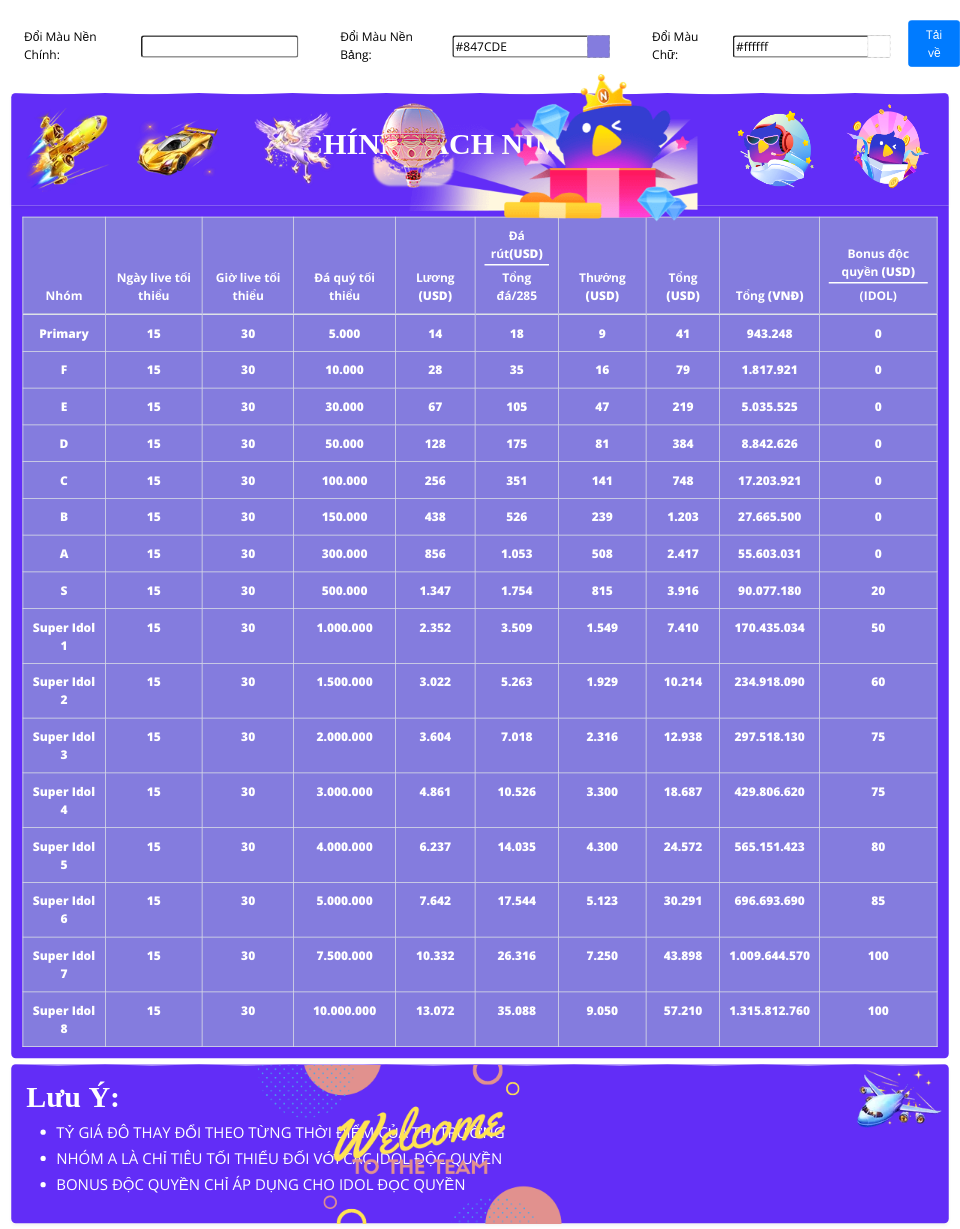
Repository: dav1601/nimo-work
Page: index.html
An editor plug-in stored every save of this project. The page is shown before and after the next save, followed by the edit.
The browser window is 1280 px wide. The pictures show the whole page, at 75% of full size.

Above is the page before, as saved 2022-04-15 14:57:56.

### index.html
<!DOCTYPE html>
<html lang="en">

<head>
    <meta charset="UTF-8">
    <meta http-equiv="X-UA-Compatible" content="IE=edge">
    <meta name="viewport" content="width=device-width, initial-scale=1.0">
    <link rel="stylesheet" href="https://cdn.jsdelivr.net/npm/bootstrap@4.6.1/dist/css/bootstrap.min.css"
        integrity="sha384-zCbKRCUGaJDkqS1kPbPd7TveP5iyJE0EjAuZQTgFLD2ylzuqKfdKlfG/eSrtxUkn" crossorigin="anonymous">
    <link rel="stylesheet" href="./Coloris-main/dist/coloris.min.css">
    <script src="https://cdn.jsdelivr.net/npm/jquery@3.5.1/dist/jquery.slim.min.js"
        integrity="sha384-DfXdz2htPH0lsSSs5nCTpuj/zy4C+OGpamoFVy38MVBnE+IbbVYUew+OrCXaRkfj"
        crossorigin="anonymous"></script>
    <script src="https://cdn.jsdelivr.net/npm/popper.js@1.16.1/dist/umd/popper.min.js"
        integrity="sha384-9/reFTGAW83EW2RDu2S0VKaIzap3H66lZH81PoYlFhbGU+6BZp6G7niu735Sk7lN"
        crossorigin="anonymous"></script>
    <script src="https://cdn.jsdelivr.net/npm/bootstrap@4.6.1/dist/js/bootstrap.min.js"
        integrity="sha384-VHvPCCyXqtD5DqJeNxl2dtTyhF78xXNXdkwX1CZeRusQfRKp+tA7hAShOK/B/fQ2"
        crossorigin="anonymous"></script>
    <script src="https://cdnjs.cloudflare.com/ajax/libs/jquery/3.6.0/jquery.min.js"
        integrity="sha512-894YE6QWD5I59HgZOGReFYm4dnWc1Qt5NtvYSaNcOP+u1T9qYdvdihz0PPSiiqn/+/3e7Jo4EaG7TubfWGUrMQ=="
        crossorigin="anonymous" referrerpolicy="no-referrer"></script>
    <script src="https://cdnjs.cloudflare.com/ajax/libs/html2canvas/1.4.1/html2canvas.min.js"
        integrity="sha512-BNaRQnYJYiPSqHHDb58B0yaPfCu+Wgds8Gp/gU33kqBtgNS4tSPHuGibyoeqMV/TJlSKda6FXzoEyYGjTe+vXA=="
        crossorigin="anonymous" referrerpolicy="no-referrer"></script>
    <script src="./Coloris-main/dist/coloris.min.js"></script>


    <title>Chính sách Nimo</title>
</head>

<body>
    <script>
        $(function () {
            $("#1").val("#622DF7");
            $("#2").val("#847CDE");
            $("#3").val("#ffffff");
        $(document).on('click' , "#clr-picker" , function(){
            alert("ok");
        });
            Coloris({
                el: '.coloris',
                format: 'hex',
                theme: 'large',
                themeMode: 'dark'
            });
            const main = document.documentElement.style.setProperty('--bg-main', '#622DF7');
            const table = document.documentElement.style.setProperty('--bg-table', '#847CDE');
            const text = document.documentElement.style.setProperty('--text-color', '#ffffff');
            $("#down").click(function () {
                html2canvas(document.getElementById("export")).then(function (canvas) {
                    var anchorTag = document.createElement("a");
                    document.body.appendChild(anchorTag);
                    anchorTag.download = "nimo-thuy-do.png";
                    anchorTag.href = canvas.toDataURL();
                    anchorTag.target = '_blank';
                    anchorTag.click();
                });
            });
        });
    </script>
    <style>
        @import url('https://fonts.googleapis.com/css2?family=Open+Sans:ital,wght@0,300;0,400;0,500;0,600;0,700;0,800;1,300;1,400;1,500;1,600;1,700;1,800&display=swap');
        @import url('https://fonts.googleapis.com/css2?family=Montserrat:ital,wght@0,100;0,200;0,300;0,400;0,500;0,600;0,700;0,800;0,900;1,100;1,200;1,300;1,400;1,500;1,600;1,700;1,800&display=swap');
        @import url('https://fonts.googleapis.com/css2?family=Pacifico&display=swap');

        :root {
            --bg-main: #622DF7;
            --bg-table: #847CDE;
            --text-color: #ffffff;
        }

        body {
            color: var(--text-color);
            font-family: 'Open Sans', sans-serif;

        }



        h1 {
            font-family: 'Monument', cursive;
            font-weight: 900;
        }

        header {
            height: auto;
            /* overflow: hidden; */
            padding: 20px;
            background: var(--bg-main);
            height: 150px;
            box-shadow: 0 3px 5px rgba(0, 0, 0, 0.05);
            border-top-left-radius: 6px;
            border-top-right-radius: 6px;
            position: relative;
        }

        footer {
            height: auto;
            padding: 20px;
            background: var(--bg-main);
            box-shadow: 0 3px 5px rgba(0, 0, 0, 0.05);
            border-radius: 6px;
            position: relative;
        }

        .img-1 {
            top: 20px;
        }

        .img-2 {
            right: 25px;
            top: 15px;
        }

        .img-3 {
            left: 165px;
            top: 20px;
        }

        .img-4 {
            right: 174px;
            top: 20px;
        }

        .img-5 {
            left: 320px;
            top: 15px;
        }

        .img-6 {
            left: 480px;
            top: 14px;
        }

        .img-7 {
            right: 335px;
            top: -25px;
        }

        .nimo-9 {
            right: 10px;
            top: -15px;
        }

        .nimo-10 {
            right: 60px;
            top: 1px;
        }

        .table {
            color: var(--text-color);
            background: var(--bg-table);
            font-family: 'Open Sans', sans-serif;
            text-align: center;
            font-size: 16px;
            font-weight: 900;
        }

        li {
            font-size: 20px;
            text-transform: uppercase;
            margin-bottom: 5px;
        }

        header:before,
        header:after,
        footer:before,
        footer:after {
            content: "";
            height: 2px;
            position: absolute;
            left: 0;
            right: 0;
            clip-path: polygon(0% 0%, 5% 100%, 10% 0%, 15% 100%, 20% 0%, 25% 100%, 30% 0%, 35% 100%, 40% 0%, 45% 100%, 50% 0%, 55% 100%, 60% 0%, 65% 100%, 70% 0%, 75% 100%, 80% 0%, 85% 100%, 90% 0%, 95% 100%, 100% 0%);
            ;
        }

        header:before,
        footer:before {
            background-color: var(--text-color);
            top: 0;
        }

        /* header:after,
        footer::after {
            background-color: #622DF7;
            bottom: -1px;
        } */
        label {
            color: black;
        }

        input {
            border-radius: 4px;
            outline: none;
            border-color: none;
        }

        #table {
            padding: 15px;
            background: var(--bg-main);
            border-bottom-left-radius: 6px;
            border-bottom-right-radius: 6px;
        }
    </style>
    <div id="wrapper">
        <div class="d-flex justify-content-center align-items-center my-2">
            <div class="form-group mx-4 mt-4 d-flex align-items-center justify-content-center ">
                <label for="1" class="mx-2 d-block mt-1">Đổi Màu Nền Chính:</label>
                <input type="text" class="coloris-1" id="color-1"  value="" />
            </div>
            <div class="form-group mx-4 mt-4 d-flex align-items-center justify-content-center ">
                <label for="2" class="mx-2 d-block mt-1">Đổi Màu Nền Bảng:</label>
                <input type="text" id="2" class="coloris" value="" />
            </div>
            <div class="form-group mx-4 mt-4 d-flex align-items-center justify-content-center ">
                <label for="3" class="mx-2 d-block mt-1">Đổi Màu Chữ:</label>
                <input type="text" id="3" class="coloris" value="" />
            </div>
            <button type="button" class="btn btn-primary" id="down">Tải về</button>
        </div>
        <div class="container-fluid py-2" id="export">
            <header>
                <div class="img-2 position-absolute">
                    <img src="img/img-5.png" alt="" width="112" height="112">
                </div>
                <div class="img-1 position-absolute">
                    <img src="img/img-1.webp" alt="">
                </div>
                <div class="img-5 position-absolute">
                    <img src="img/img-3.webp" alt="">
                </div>
                <div class="img-6 position-absolute">
                    <img src="img/img-7.png" alt="">
                </div>
                <div class="img-3 position-absolute">
                    <img src="img/img-2.webp" alt="" width="112" height="112">
                </div>
                <div class="img-4 position-absolute">
                    <img src="img/img-4.png" alt="" width="112" height="112">
                </div>
                <div class="img-7 position-absolute">
                    <img src="img/img-6.png" alt="">
                </div>
                <div class="d-flex justify-content-center align-items-center">
                    <h1 class="text-center text-uppercase  mt-4 d-inline-block" style="margin-right: 6rem!important;">
                        Chính sách Nimo</h1>
                </div>
            </header>
            <div id="table">
                <table class="table table-bordered mb-0">
                    <thead>
                        <tr>
                            <th scope="col">Nhóm</th>
                            <th scope="col">Ngày live tối thiểu</th>
                            <th scope="col">Giờ live tối thiểu</th>
                            <th scope="col">Đá quý tối thiểu</th>
                            <th scope="col">Lương <strong>(USD)</strong></th>
                            <th scope="col" class=""><span class="d-block mb-1"
                                    style="border-bottom: 2px solid var(--text-color); padding-bottom: 2px ;">Đá
                                    rút<strong>(USD)</strong></span><span>Tổng đá/285</span>
                            </th>
                            <th scope="col">Thưởng <strong>(USD)</strong></th>
                            <th scope="col">Tổng <strong>(USD)</strong></th>
                            <th scope="col">Tổng <strong>(VNĐ)</strong></th>
                            <th scope="col" class=""><span class="d-block mb-1"
                                    style="border-bottom: 2px solid var(--text-color); padding-bottom: 2px ;">Bonus độc
                                    quyền <strong>(USD)</strong></span><span>(IDOL)</span></th>
                        </tr>
                    </thead>
                    <tbody>
                        <tr>
                            <td>Primary</td>
                            <td>15</td>
                            <td>30</td>
                            <td>5.000</td>
                            <td>14</td>
                            <td>18</td>
                            <td>9</td>
                            <td>41</td>
                            <td>943.248</td>
                            <td>0</td>
                        </tr>
                        <tr>
                            <td>F</td>
                            <td>15</td>
                            <td>30</td>
                            <td>10.000</td>
                            <td>28</td>
                            <td>35</td>
                            <td>16</td>
                            <td>79</td>
                            <td>1.817.921</td>
                            <td>0</td>
                        </tr>
                        <tr>
                            <td>E</td>
                            <td>15</td>
                            <td>30</td>
                            <td>30.000</td>
                            <td>67</td>
                            <td>105</td>
                            <td>47</td>
                            <td>219</td>
                            <td>5.035.525</td>
                            <td>0</td>
                        </tr>
                        <tr>
                            <td>D</td>
                            <td>15</td>
                            <td>30</td>
                            <td>50.000</td>
                            <td>128</td>
                            <td>175</td>
                            <td>81</td>
                            <td>384</td>
                            <td>8.842.626</td>
                            <td>0</td>
                        </tr>
                        <tr>
                            <td>C</td>
                            <td>15</td>
                            <td>30</td>
                            <td>100.000</td>
                            <td>256</td>
                            <td>351</td>
                            <td>141</td>
                            <td>748</td>
                            <td>17.203.921</td>
                            <td>0</td>
                        </tr>
                        <tr>
                            <td>B</td>
                            <td>15</td>
                            <td>30</td>
                            <td>150.000</td>
                            <td>438</td>
                            <td>526</td>
                            <td>239</td>
                            <td>1.203</td>
                            <td>27.665.500</td>
                            <td>0</td>
                        </tr>
                        <tr>
                            <td>A</td>
                            <td>15</td>
                            <td>30</td>
                            <td>300.000</td>
                            <td>856</td>
                            <td>1.053</td>
                            <td>508</td>
                            <td>2.417</td>
                            <td>55.603.031</td>
                            <td>0</td>
                        </tr>
                        <tr>
                            <td>S</td>
                            <td>15</td>
                            <td>30</td>
                            <td>500.000</td>
                            <td>1.347</td>
                            <td>1.754</td>
                            <td>815</td>
                            <td>3.916</td>
                            <td>90.077.180</td>
                            <td>20</td>
                        </tr>
                        <tr>
                            <td class="sp">Super Idol 1</td>
                            <td>15</td>
                            <td>30</td>
                            <td>1.000.000</td>
                            <td>2.352</td>
                            <td>3.509</td>
                            <td>1.549</td>
                            <td>7.410</td>
                            <td>170.435.034</td>
                            <td>50</td>
                        </tr>
                        <tr>
                            <td class="sp">Super Idol 2</td>
                            <td>15</td>
                            <td>30</td>
                            <td>1.500.000</td>
                            <td>3.022</td>
                            <td>5.263</td>
                            <td>1.929</td>
                            <td>10.214</td>
                            <td>234.918.090</td>
                            <td>60</td>
                        </tr>
                        <tr>
                            <td class="sp">Super Idol 3</td>
                            <td>15</td>
                            <td>30</td>
                            <td>2.000.000</td>
                            <td>3.604</td>
                            <td>7.018</td>
                            <td>2.316</td>
                            <td>12.938</td>
                            <td>297.518.130</td>
                            <td>75</td>
                        </tr>
                        <tr>
                            <td class="sp">Super Idol 4</td>
                            <td>15</td>
                            <td>30</td>
                            <td>3.000.000</td>
                            <td>4.861</td>
                            <td>10.526</td>
                            <td>3.300</td>
                            <td>18.687</td>
                            <td>429.806.620</td>
                            <td>75</td>
                        </tr>
                        <tr>
                            <td class="sp">Super Idol 5</td>
                            <td>15</td>
                            <td>30</td>
                            <td>4.000.000</td>
                            <td>6.237</td>
                            <td>14.035</td>
                            <td>4.300</td>
                            <td>24.572</td>
                            <td>565.151.423</td>
                            <td>80</td>
                        </tr>
                        <tr>
                            <td class="sp">Super Idol 6</td>
                            <td>15</td>
                            <td>30</td>
                            <td>5.000.000</td>
                            <td>7.642</td>
                            <td>17.544</td>
                            <td>5.123</td>
                            <td>30.291</td>
                            <td>696.693.690</td>
                            <td>85</td>
                        </tr>
                        <tr>
                            <td class="sp">Super Idol 7</td>
                            <td>15</td>
                            <td>30</td>
                            <td>7.500.000</td>
                            <td>10.332</td>
                            <td>26.316</td>
                            <td>7.250</td>
                            <td>43.898</td>
                            <td>1.009.644.570</td>
                            <td>100</td>
                        </tr>
                        <tr>
                            <td class="sp">Super Idol 8</td>
                            <td>15</td>
                            <td>30</td>
                            <td>10.000.000</td>
                            <td>13.072</td>
                            <td>35.088</td>
                            <td>9.050</td>
                            <td>57.210</td>
                            <td>1.315.812.760</td>
                            <td>100</td>
                        </tr>


                    </tbody>
                </table>
            </div>
            <footer class="mt-2">
                <div class="nimo-9 position-absolute">
                    <img src="img/img-8.webp" alt="">
                </div>
                <div class="nimo-10 position-absolute">
                    <img src="img/img-9.png" alt="">
                </div>
                <h1>Lưu Ý:</h1>
                <ul>
                    <li>Tỷ giá đô thay đổi theo từng thời điểm của thị trường</li>
                    <li>Nhóm A là chỉ tiêu tối thiểu đối với các idol độc quyền</li>
                    <li>Bonus độc quyền chỉ áp dụng cho idol đọc quyền</li>
                </ul>
            </footer>
        </div>
    </div>

</body>


</html>

Loaded but not shown: Coloris-main/dist/coloris.min.css (library); Coloris-main/dist/coloris.min.js (library)

After the next save:
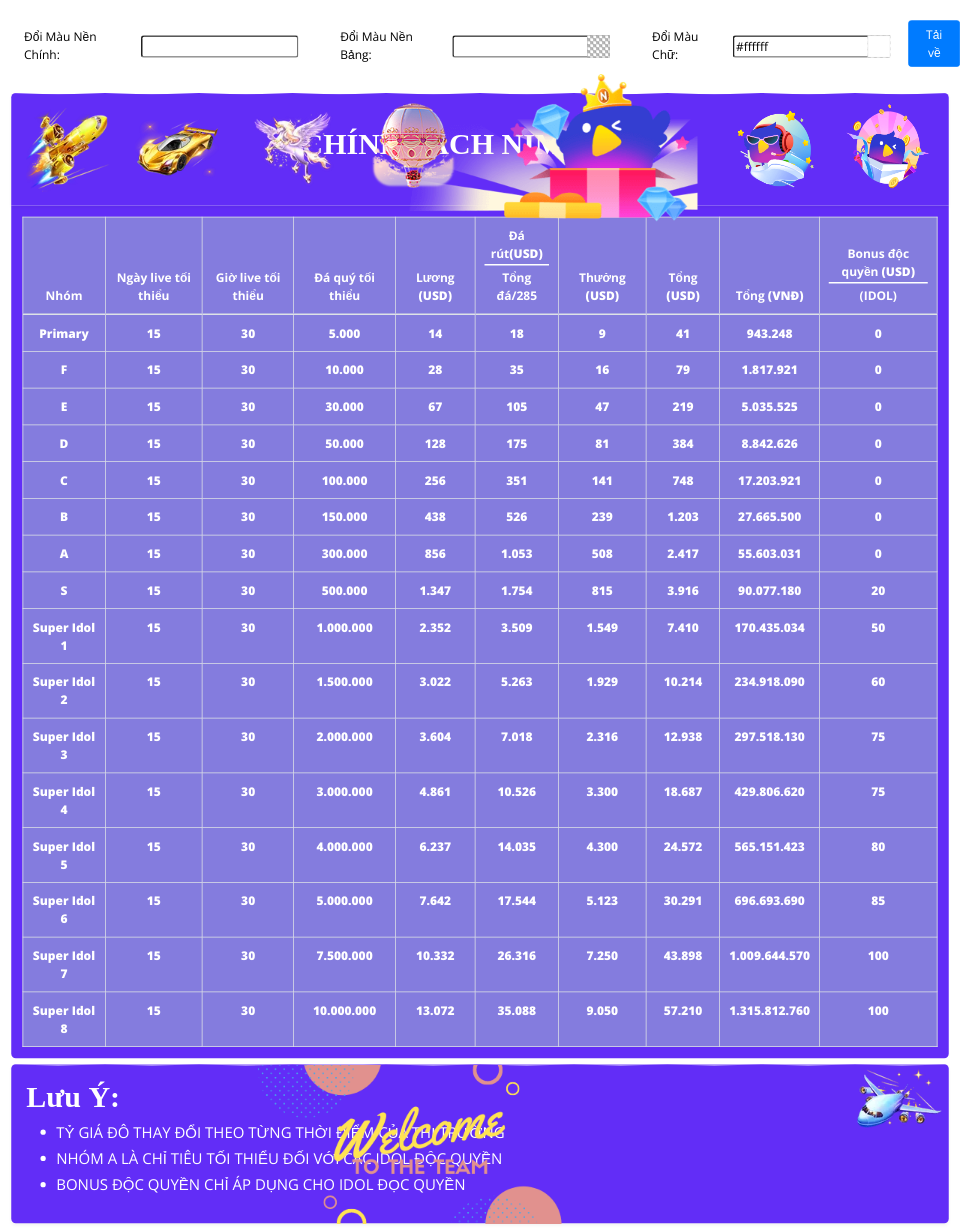
Saved 5 s later.
--- a/index.html
+++ b/index.html
@@ -212,7 +212,7 @@
             </div>
             <div class="form-group mx-4 mt-4 d-flex align-items-center justify-content-center ">
                 <label for="2" class="mx-2 d-block mt-1">Đổi Màu Nền Bảng:</label>
-                <input type="text" id="2" class="coloris" value="" />
+                <input type="text" id="color-2" class="coloris" value="" />
             </div>
             <div class="form-group mx-4 mt-4 d-flex align-items-center justify-content-center ">
                 <label for="3" class="mx-2 d-block mt-1">Đổi Màu Chữ:</label>
